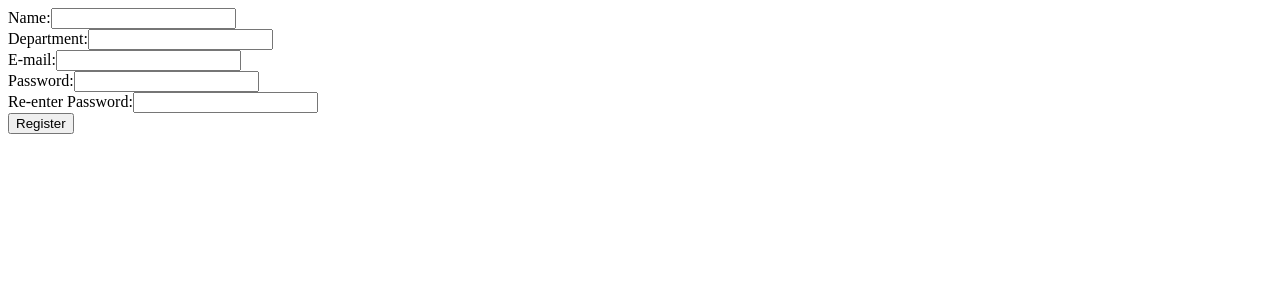
Repository: iamvinayhv/Hibernate
Page: http://localhost/HybernateHQLApp/view/register.jsp
An editor plug-in stored every save of this project. The page is shown before and after the next save, followed by the edit.
The browser window is 1280 px wide. The pictures show the whole page.
The page is served by Tomcat 9.

Above is the page before, as saved 2017-03-20 09:53:14.

After the next save:
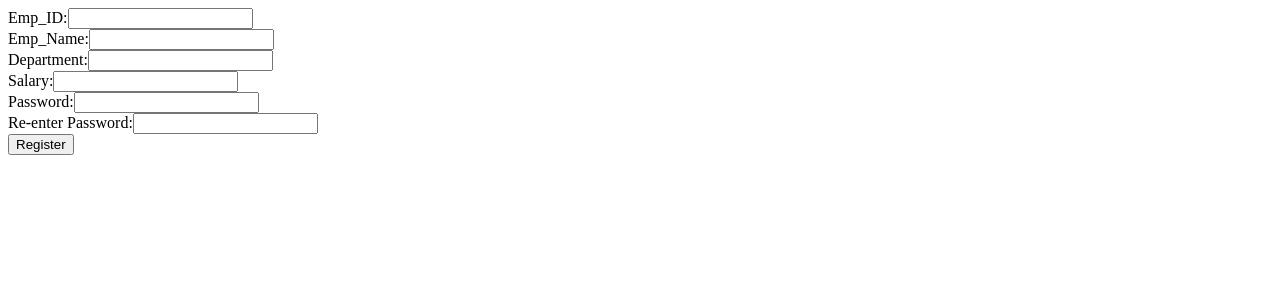
Saved 113 s later.
--- a/HybernateHQLApp/WebContent/view/register.jsp
+++ b/HybernateHQLApp/WebContent/view/register.jsp
@@ -9,10 +9,10 @@
 <body>
 
 <form action="register" method="post">
-
-Name:<input type="text" name="name"><br/>
+Emp_ID:<input type="number" name="name"><br/>
+Emp_Name:<input type="text" name="name"><br/>
 Department:<input type="text" name="dept"><br/>
-E-mail:<input type="text" name="mail"><br/>
+Salary:<input type="text" name="mail"><br/>
 Password:<input type="password" name="pwd"><br/>
 Re-enter Password:<input type="password" name="cpwd"><br/>
 <input type="submit" value="Register"><br/>
